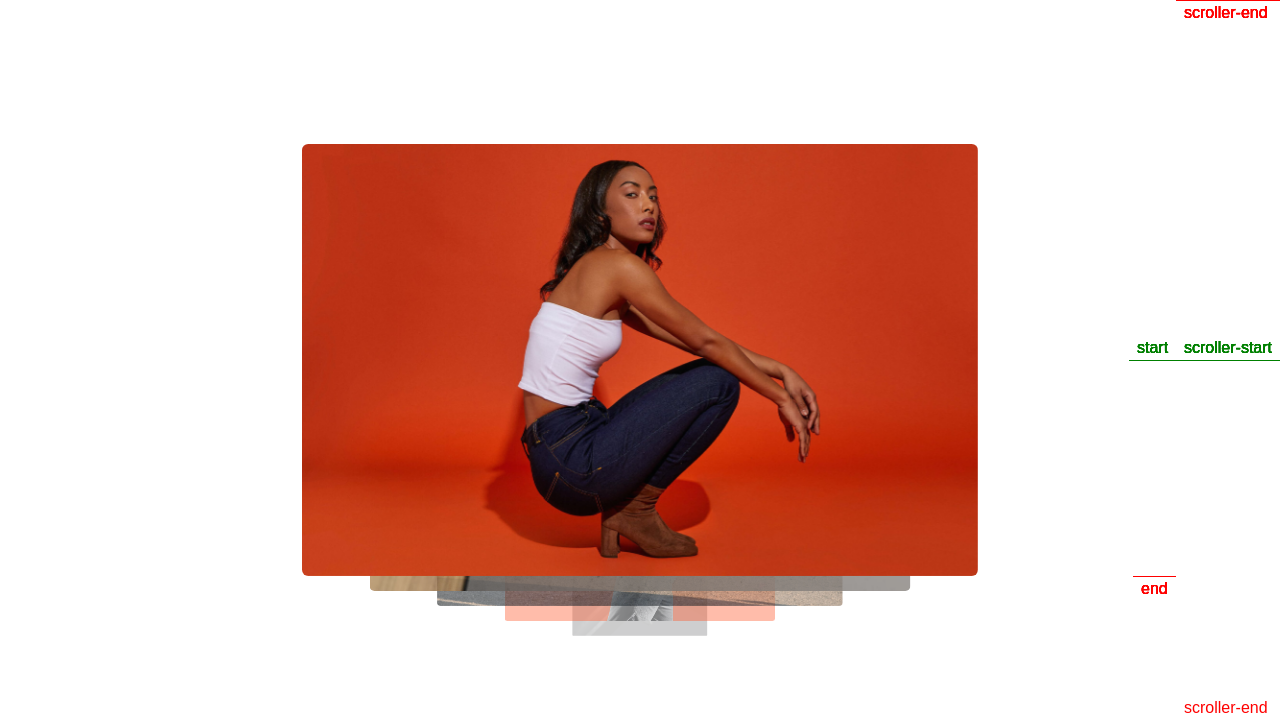
Repository: lwygold/motion
Page: layout/이미지 위로 계속 올라가는레이아웃.html
These files come from the project's save history. The page is drawn as it stood at one moment and after the next save; the edit follows.
The browser window is 1280 px wide. The pictures show the window.
Pictures or frames that could not be fetched are drawn as grey boxes. A layer covers the whole window, so only the first screen is drawn.

Above is the page before, as saved 2023-02-20 17:22:49.

### layout/이미지 위로 계속 올라가는레이아웃.html
<!DOCTYPE html>
<html lang="ko">

<head>
    <meta http-equiv="Content-Type" content="text/html;charset=utf-8" />
    <meta name="viewport" content="width=device-width, user-scalable=no, target-densitydpi=medium-dpi" />
    <meta name="apple-mobile-web-app-capable" content="yes" />
    <meta name="format-detection" content="telephone=no" />
    <meta http-equiv="X-UA-Compatible" content="IE=edge" />
    <meta http-equiv="x-rim-auto-match" content="none" />
    <link rel="shortcut icon" href="./images/favicon.ico" />
    <link rel="stylesheet" type="text/css" href="../assets/css/slick.css" />
    <link rel="stylesheet" type="text/css" href="../assets/css/common.css" />
    <link rel="stylesheet" type="text/css" href="../assets/css/main.css" />
    <link rel="stylesheet" type="text/css" href="../assets/css/sub.css" />
    <title>테스트</title>
    <script src="../assets/js/jquery-3.3.1.min.js"></script>
    <script src="../assets/js/jquery-ui.min.js"></script>
    <script src="../assets/js/slick.min.js"></script>
    <script src="../assets/js/gsap.js"></script>
    <script src="../assets/js/gsap_scroll_trigger.js"></script>
    <script src="../assets/js/green.js"></script>
    <script src="../assets/js/common.js"></script>
    <script src="../assets/js/main.js"></script>
    <script src="../assets/js/sub.js"></script>
</head>

<style>
    section {
        width: 100vw;
        height: 100vh;
    }

    section ul {
        align-items: center;
        display: flex;
        height: 100%;
        justify-content: center;
        left: 0;
        position: fixed;
        top: 0;
        width: 100%;
        max-height: 100vh;
    }

    section ul li {
        border-radius: 0.4861111111vw;
        cursor: pointer;
        height: 60vh;
        overflow: hidden;
        position: absolute;
        -webkit-transform-origin: bottom;
        transform-origin: bottom;
        width: 52.7777777744vw;
        will-change: transform, opacity;
    }



    section ul li:nth-child(1) {
        z-index: 5;
    }

    section ul li:nth-child(2) {
        z-index: 4;
    }

    section ul li:nth-child(3) {
        z-index: 3;
    }

    section ul li:nth-child(4) {
        z-index: 2;
    }

    section ul li:nth-child(5) {
        z-index: 1;
    }


    section ul li div {
        height: 100%;
        -webkit-transform: none;
        transform: none;
        transition: -webkit-transform 1.2s cubic-bezier(.165, .84, .44, 1);
        transition: transform 1.2s cubic-bezier(.165, .84, .44, 1);
        transition: transform 1.2s cubic-bezier(.165, .84, .44, 1), -webkit-transform 1.2s cubic-bezier(.165, .84, .44, 1);
        width: 100%;
        will-change: transform;
    }

    section ul li div img {
        height: 100%;
        -o-object-fit: cover;
        object-fit: cover;
        -o-object-position: center;
        object-position: center;
        width: 100%;
        -webkit-transform: none;
        transform: none;
        -webkit-transform-origin: center;
        transform-origin: center;
        transition: -webkit-transform 1.6s cubic-bezier(.165, .84, .44, 1);
        transition: transform 1.6s cubic-bezier(.165, .84, .44, 1);
        transition: transform 1.6s cubic-bezier(.165, .84, .44, 1), -webkit-transform 1.6s cubic-bezier(.165, .84, .44, 1);
        width: 100%;
        will-change: transform;
    }

    section ul li div img:hover {
        -webkit-transform: scale(1.1);
        transform: scale(1.1);
    }
</style>

<body>

    <section class="s1">
        <ul>
            <li class="panel s1-1 panel_first">
                <div>
                    <img src="./images/1.jpg" alt="">
                </div>
            </li>
            <li class="panel s1-2">
                <div>
                    <img src="./images/2.jpg" alt="">
                </div>
            </li>
            <li class="panel s1-3">
                <div>
                    <img src="./images/3.jpg" alt="">
                </div>
            </li>
            <li class="panel s1-4">
                <div>
                    <img src="./images/4.jpg" alt="">
                </div>
            </li>
            <li class="panel s1-5">
                <div>
                    <img src="./images/5.jpg" alt="">
                </div>
            </li>
            <li class="panel s1-6">
                <div>
                    <img src="./images/6.jpg" alt="">
                </div>
            </li>
            <li class="panel s1-7">
                <div>
                    <img src="./images/6.jpg" alt="">
                </div>
            </li>
        </ul>
    </section>


    <script>
        const $ul = $('ul');
        const $li = $('ul li');
        const li_cnt = $('ul li').length;

        $li.each((i, e) => {
            $(e).css("transform", "translateY(" + i * 15 + "px) scale(" + (1 - (0.1 * (i * (2)))) + ")");
            $(e).css("opacity", 1 - (0.1 * (i * (2))));
            $(e).attr("filter", "grayscale(" + i * 33 + "%);");
        });



        $(function () {

            gsap.registerPlugin(ScrollTrigger);

            let panels = gsap.utils.toArray(".panel");

            let tl1 = gsap.timeline({
                scrollTrigger: {
                    trigger: $ul,
                    start: "center center",
                    end: () => innerHeight * 3,
                    pin: true,
                    scrub: true,
                    markers: true,
                }
            });

            let tl2 = gsap.timeline({
                scrollTrigger: {
                    trigger: '.panel_first',
                    start: "center center",
                    end: "bottom top",
                    scrub: true,
                    markers: true,
                }
            });

            let tl3 = gsap.timeline({
                scrollTrigger: {
                    trigger: '.panel_first',
                    start: "center center",
                    end: "bottom top",
                    scrub: true,
                    markers: true,
                }
            });

            let tl4 = gsap.timeline({
                scrollTrigger: {
                    trigger: '.panel_first',
                    start: "center center",
                    end: "bottom top",
                    scrub: true,
                    markers: true,
                }
            });

            let tl5 = gsap.timeline({
                scrollTrigger: {
                    trigger: '.panel_first',
                    start: "center center",
                    end: "bottom top",
                    scrub: true,
                    markers: true,
                }
            });

            let tl6 = gsap.timeline({
                scrollTrigger: {
                    trigger: '.panel_first',
                    start: "center center",
                    end: "bottom top",
                    scrub: true,
                    markers: true,
                }
            });

            panels.forEach((panel, i) => {
                console.log(panel);

                tl1.to(panel, {
                    yPercent: -150,
                });

                tl2.to('section ul li:nth-child(2)', {
                    y:0,
                    opacity:1,
                    scale: 1,
                });

                tl3.to('section ul li:nth-child(3)', {
                    y: 15+"px",
                    opacity:0.8,
                    scale: 0.8,
                });

                tl4.to('section ul li:nth-child(4)', {
                    y: 30+"px",
                    opacity:0.6,
                    scale: 0.6,
                });

                tl5.to('section ul li:nth-child(5)', {
                    y: 45+"px",
                    opacity:0.4,
                    scale: 0.4,
                });

                tl6.to('section ul li:nth-child(6)', {
                    y: 60+"px",
                    opacity:0.2,
                    scale: 0.2,
                });


            });
















        });

    </script>
</body>

</html>

### assets/css/common.css
@charset "utf-8";

@font-face {
  font-family: "NotoSansKR";
  font-style: normal;
  font-weight: 100;
  src: url(fonts/NotoSansKR-ExtraLight.woff) format("woff");
}

@font-face {
  font-family: "NotoSansKR";
  font-style: normal;
  font-weight: 200;
  src: url(fonts/NotoSansKR-Light.woff) format("woff");
}

@font-face {
  font-family: "NotoSansKR";
  font-style: normal;
  font-weight: 300;
  src: url(fonts/NotoSansKR-DemiLight.woff) format("woff");
}

@font-face {
  font-family: "NotoSansKR";
  font-style: normal;
  font-weight: 400;
  src: url(fonts/NotoSansKR-Regular.woff) format("woff");
}

@font-face {
  font-family: "NotoSansKR";
  font-style: normal;
  font-weight: 500;
  src: url(fonts/NotoSansKR-Medium.woff) format("woff");
}

@font-face {
  font-family: "NotoSansKR";
  font-style: normal;
  font-weight: 600;
  src: url(fonts/NotoSansKR-Bold.woff) format("woff");
}

@font-face {
  font-family: "NotoSansKR";
  font-style: normal;
  font-weight: 700;
  src: url(fonts/NotoSansKR-Bold-Hestia.woff) format("woff");
}

@font-face {
  font-family: "NotoSansKR";
  font-style: normal;
  font-weight: 800;
  src: url(fonts/NotoSansKR-Black-Hestia.woff) format("woff");
}

@font-face {
  font-family: "Montserrat";
  font-style: normal;
  font-weight: 100;
  src: url(fonts/Montserrat-ExtraLight.woff) format("woff");
}

@font-face {
  font-family: "Montserrat";
  font-style: normal;
  font-weight: 200;
  src: url(fonts/Montserrat-Light.woff) format("woff");
}

@font-face {
  font-family: "Montserrat";
  font-style: normal;
  font-weight: 300;
  src: url(fonts/Montserrat-Regular.woff) format("woff");
}

@font-face {
  font-family: "Montserrat";
  font-style: normal;
  font-weight: 400;
  src: url(fonts/Montserrat-Regular.woff) format("woff");
}

@font-face {
  font-family: "Montserrat";
  font-style: normal;
  font-weight: 500;
  src: url(fonts/Montserrat-Medium.woff) format("woff");
}

@font-face {
  font-family: "Montserrat";
  font-style: normal;
  font-weight: 600;
  src: url(fonts/Montserrat-Bold.woff) format("woff");
}

@font-face {
  font-family: "Montserrat";
  font-style: normal;
  font-weight: 700;
  src: url(fonts/Montserrat-ExtraBold.woff) format("woff");
}

@font-face {
  font-family: "Montserrat";
  font-style: normal;
  font-weight: 800;
  src: url(fonts/Montserrat-ExtraBlack.woff) format("woff");
}

@font-face {
  font-family: "Saira";
  font-style: normal;
  font-weight: 100;
  src: url(fonts/Saira-ExtraLight.woff) format("woff");
}

@font-face {
  font-family: "Saira";
  font-style: normal;
  font-weight: 200;
  src: url(fonts/Saira-Light.woff) format("woff");
}

@font-face {
  font-family: "Saira";
  font-style: normal;
  font-weight: 300;
  src: url(fonts/Saira-Regular.woff) format("woff");
}

@font-face {
  font-family: "Saira";
  font-style: normal;
  font-weight: 400;
  src: url(fonts/Saira-Regular.woff) format("woff");
}

@font-face {
  font-family: "Saira";
  font-style: normal;
  font-weight: 500;
  src: url(fonts/Saira-Medium.woff) format("woff");
}

@font-face {
  font-family: "Saira";
  font-style: normal;
  font-weight: 600;
  src: url(fonts/Saira-Bold.woff) format("woff");
}

@font-face {
  font-family: "Saira";
  font-style: normal;
  font-weight: 700;
  src: url(fonts/Saira-ExtraBold.woff) format("woff");
}

@font-face {
  font-family: "Saira";
  font-style: normal;
  font-weight: 800;
  src: url(fonts/Saira-Black.woff) format("woff");
}

@font-face {
  font-family: "NanumSquare";
  font-style: normal;
  font-weight: 200;
  src: url(fonts/NanumSquareL.woff) format("woff");
}

@font-face {
  font-family: "NanumSquare";
  font-style: normal;
  font-weight: 400;
  src: url(fonts/NanumSquareR.woff) format("woff");
}

@font-face {
  font-family: "NanumSquare";
  font-style: normal;
  font-weight: 600;
  src: url(fonts/NanumSquareB.woff) format("woff");
}

@font-face {
  font-family: "NanumSquare";
  font-style: normal;
  font-weight: 700;
  src: url(fonts/NanumSquareEB.woff) format("woff");
}

@font-face {
  font-family: "play";
  font-style: normal;
  font-weight: 400;
  src: url(fonts/Play-Regular.woff) format("woff");
}

@font-face {
  font-family: "play";
  font-style: normal;
  font-weight: 600;
  src: url(fonts/Play-Bold.woff) format("woff");
}

@font-face {
  font-family: "Lovelace";
  font-style: normal;
  font-weight: 100;
  src: url(fonts/Lovelace-ExtraLight.woff) format("woff");
}

@font-face {
  font-family: "Lovelace";
  font-style: normal;
  font-weight: 200;
  src: url(fonts/Lovelace-Light.woff) format("woff");
}

@font-face {
  font-family: "Lovelace";
  font-style: normal;
  font-weight: 400;
  src: url(fonts/Lovelace-Regular.woff) format("woff");
}

@font-face {
  font-family: "Lovelace";
  font-style: normal;
  font-weight: 500;
  src: url(fonts/Lovelace-Medium.woff) format("woff");
}

@font-face {
  font-family: "Lovelace";
  font-style: normal;
  font-weight: 600;
  src: url(fonts/Lovelace-Bold.woff) format("woff");
}

@font-face {
  font-family: "Lovelace";
  font-style: normal;
  font-weight: 700;
  src: url(fonts/Lovelace-ExtraBold.woff) format("woff");
}

* {
  font-family: "NotoSansKR";
  box-sizing: border-box;
}

/* 여백 초기화 */
html,
body,
div,
span,
object,
iframe,
h1,
h2,
h3,
h4,
h5,
h6,
p,
blockquote,
pre,
abbr,
address,
cite,
code,
del,
dfn,
em,
img,
ins,
kbd,
q,
samp,
small,
strong,
sub,
sup,
var,
b,
i,
dl,
dt,
dd,
ol,
ul,
li,
fieldset,
form,
label,
legend,
table,
caption,
tbody,
tfoot,
thead,
tr,
th,
td,
article,
aside,
canvas,
details,
figcaption,
figure,
footer,
header,
hgroup,
menu,
nav,
section,
summary,
time,
mark,
audio,
video {
  margin: 0;
  padding: 0;
  border: 0;
  outline: 0;
  font-size: 100%;
  vertical-align: baseline;
  background: transparent;
}

* {
  -webkit-text-size-adjust: none;
  -moz-text-size-adjust: none;
  -ms-text-size-adjust: none;
}

html,
body {
  position: relative;
  margin: 0 auto;
  height: 100%;
  width: 100%;
}

body {
  line-height: 1;
}

article,
aside,
details,
figcaption,
figure,
footer,
header,
hgroup,
menu,
nav,
section {
  display: block;
}

ul,
li {
  list-style: none;
}

blockquote,
q {
  quotes: none;
}

blockquote:before,
blockquote:after,
q:before,
q:after {
  content: "";
  content: none;
}

a {
  margin: 0;
  padding: 0;
  color: #000;
  font-size: 100%;
  text-decoration: none;
  vertical-align: baseline;
  background: transparent;
}

del {
  text-decoration: line-through;
}

abbr[title],
dfn[title] {
  border-bottom: 1px dotted;
  cursor: help;
}

table {
  border-collapse: collapse;
  border-spacing: 0;
}

/* change border colour to suit your needs */

hr {
  display: block;
  height: 1px;
  border: 0;
  border-top: 1px solid #cccccc;
  margin: 1em 0;
  padding: 0;
}

input,
select {
  vertical-align: middle;
}

/*-------------------------------------------------------------------
    @input style
-------------------------------------------------------------------*/

button {
  -webkit-appearance: none;
  appearance: none;
  -webkit-border-radius: 0;
  border-radius: 0;
}

input[type="button"],
input[type="reset"],
input[type="text"],
input[type="password"],
input[type="submit"],
input[type="search"],
input[type="tel"],
input[type="email"] {
  -webkit-appearance: none;
  appearance: none;
  -webkit-border-radius: 0;
  border-radius: 0;
  font-size: 16px;
}

/*-------------------------------------------------------------------
    @select
-------------------------------------------------------------------*/
select {
  font-family: "Noto Sans KR";
  font-size: 19px;
  -webkit-appearance: none;
  -moz-appearance: none;
  appearance: none;
  background-image: url(../images/sl_btn.png);
  background-repeat: no-repeat;
  background-position: 93% 50%;
  background-size: 15px;
  background-color: #fff;
  border: none;
  width: 100%;
}

/*-------------------------------------------------------------------
    @select IE10,11의 네이티브 화살표 숨기기
-------------------------------------------------------------------*/
select::-ms-expand {
  display: none;
}

/*-------------------------------------------------------------------
    @clearfix
-------------------------------------------------------------------*/
.clearfix {
  *zoom: 1;
}

.clearfix:before,
.clearfix:after {
  display: block;
  content: "";
  line-height: 0;
}

.clearfix:after {
  clear: both;
}

.fl {
  float: left;
}

.fr {
  float: right;
}

/*-------------------------------------------------------------------
    @공통서브
-------------------------------------------------------------------*/

section {
  box-sizing: border-box;
  overflow: hidden;
  position: relative;
  width: 100%;
  max-width: 1920px;
  margin: 0 auto;
}

.inner {
  width: 100%;
  max-width: 1280px;
  padding: 0px 40px;
  box-sizing: border-box;
}

/* 가로 양옆으로  */
.flex__lrc,
.flex__lrc2 {
  display: flex;
  flex-direction: row;
  flex-wrap: wrap;
  justify-content: space-between;
  align-items: center;
}

.flex__lrt,
.flex__lrt2 {
  display: flex;
  flex-direction: row;
  flex-wrap: wrap;
  justify-content: space-between;
  align-items: flex-start;
}

.flex__lrb,
.flex__lrb2 {
  display: flex;
  flex-direction: row;
  flex-wrap: wrap;
  justify-content: space-between;
  align-items: flex-end;
}

/* 가로 가운데 새로 가운데 */
.flex__cc,
.flex__cc1,
.flex__cc2 {
  display: flex;
  flex-direction: row;
  flex-wrap: wrap;
  justify-content: center;
  align-items: center;
}

.flex__lrc2 > div,
.flex__lrt2 > div,
.flex__lrb2 > div,
.flex__cc2 > div {
    width: 50%;
}

.h100 {
    height: 100%;
}

.w100 {
    width: 100%;
}

.row2,
.row3,
.row4,
.row5 {
    display: flex;
    flex-direction: row;
    flex-wrap: wrap;
}

.row2 > .col {
    width: 50%;
}

.row3 > .col {
    width: 33.33%;
}

.row4 > .col {
    width: 25%;
}

.row5 > .col {
    width: 20%;
}


@media only screen and (max-width: 640px) {
}

### assets/css/main.css
body {
 font-size:0;
}


section.section4 {
 height: 400vh;
}

.header-section {
 padding: 0 15px;
 text-align: center;
 margin: 0;
 height: 100vh;
 color: #000;
 font-size: 35px;
 display: flex;
 align-items: center;
 justify-content: center;
}

.nav {
 display: flex;
 position: fixed;
 right:100px;
 top:50%;
 transform: translateY(-50%);
 z-index: 11;
}

.nav > div {
 position: relative;
 width: 2px;
 height: 55px;
 background: transparent;
 z-index: 1;
}

.nav > div:after {
 content:'';
 position: absolute;
 left:0;
 top:0;
 width:3px;
 height: 55px;
 background: rgba(255,255,255, 0.3);
 z-index: 2;
}

.nav div > div {
 position: absolute;
 left:0;
 top:0;
 width:2px;
 height:0;
 background: #fff;
}


.gridBlock {
 opacity: 0;
}


/* Grid almost fully pulled from https://www.rino-pelle.com/ */
.grid-container {
 width: 100vw;
 height: 400vh;
 position: relative;
}
.grid {
 top: 0;
 left: 0;
 z-index: 1;
 width: 70vw;
 height: 60vw;
 margin: 0 calc(100vw / 20 * 3);
 position: absolute;

}
@media only screen and (max-width: 580px) {
 .grid {
 margin: 0;
 width: 100vw;
 height: 89.444vw;
}
}
.gridBlock {
 background-size: cover;
 background-color: darkgray;
}
.gridLayer {
 top: 0;
 left: 0;
 width: 100%;
 height: 100%;
 position: absolute;
 will-change: transform;
 transform-origin: 44.951% 50%;
}
.gridLayer:nth-child(1) .gridBlock {
 top: 5vw;
 left: 20vw;
 width: 10vw;
 height: 10vw;
}
@media only screen and (max-width: 580px) {
 .gridLayer:nth-child(1) .gridBlock {
 top: 11.111vw;
 left: 23.889vw;
 width: 15vw;
 height: 15vw;
}
}
.gridLayer:nth-child(2) .gridBlock {
 top: 0;
 left: 32.5vw;
 width: 15vw;
 height: 15vw;
}
@media only screen and (max-width: 580px) {
 .gridLayer:nth-child(2) .gridBlock {
 top: 0;
 left: 43.333vw;
 width: 26.389vw;
 height: 26.389vw;
}
}
.gridLayer:nth-child(3) .gridBlock {
 left: 0;
 top: 25vw;
 width: 15vw;
 height: 15vw;
}
@media only screen and (max-width: 580px) {
 .gridLayer:nth-child(3) .gridBlock {
 top: 30.278vw;
 left: 0;
 width: 26.389vw;
 height: 26.389vw;
}
}
.gridLayer:nth-child(4) .gridBlock {
 top: 17.5vw;
 left: 17.5vw;
 width: 30vw;
 height: 30vw;
}
@media only screen and (max-width: 580px) {
 .gridLayer:nth-child(4) .gridBlock {
 top: 30.278vw;
 left: 30.278vw;
 width: 39.444vw;
 height: 39.444vw;
}
}
.gridLayer:nth-child(5) {
 z-index: 1;
}
.gridLayer:nth-child(5) .gridBlock {
 top: 20vw;
 left: 50vw;
 width: 5vw;
 height: 5vw;
}
@media only screen and (max-width: 580px) {
 .gridLayer:nth-child(5) .gridBlock {
 top: 23.889vw;
 left: 73.889vw;
 width: 15.278vw;
 height: 15.278vw;
}
}
.gridLayer:nth-child(5) a {
 height: 100%;
 display: flex;
 align-items: center;
 justify-content: center;
}
.gridLayer:nth-child(5) svg {
 width: 1.75vw;
}
@media only screen and (max-width: 580px) {
 .gridLayer:nth-child(5) svg {
 width: 4.722vw;
}
}
.gridLayer:nth-child(6) .gridBlock {
 left: 50vw;
 top: 27.5vw;
 width: 20vw;
 height: 20vw;
}
@media only screen and (max-width: 580px) {
 .gridLayer:nth-child(6) .gridBlock {
 top: 43.889vw;
 left: 73.889vw;
 width: 26.389vw;
 height: 26.389vw;
}
}
.gridLayer:nth-child(7) .gridBlock {
 left: 10vw;
 top: 42.5vw;
 width: 5vw;
 height: 5vw;
}
@media only screen and (max-width: 580px) {
 .gridLayer:nth-child(7) .gridBlock {
 display: none;
}
}
.gridLayer:nth-child(8) .gridBlock {
 bottom: 5vw;
 left: 42.5vw;
 width: 5vw;
 height: 5vw;
}
@media only screen and (max-width: 580px) {
 .gridLayer:nth-child(8) .gridBlock {
 display: none;
}
}
.gridLayer:nth-child(9) .gridBlock {
 bottom: 0;
 left: 50vw;
 width: 10vw;
 height: 10vw;
}
@media only screen and (max-width: 580px) {
 .gridLayer:nth-child(9) .gridBlock {
 top: 73.889vw;
 left: 58.889vw;
 width: 15.278vw;
 height: 15.278vw;
}
}
.gridBlock {
 display: block;
 position: absolute;
}



@media only screen and (max-width: 640px) {

}

### assets/css/sub.css

@media only screen and (max-width: 640px) {

}

### assets/js/common.js
var clickType = "click";
if ("ontouchstart" in document.documentElement) {
    clickType = "touchstart";
}
$(function () {

})

### assets/js/main.js
$(function () {



});

### assets/js/sub.js
$(function () {

})

Loaded but not shown: assets/css/slick.css (common file); assets/js/jquery-3.3.1.min.js (library); assets/js/jquery-ui.min.js (library); assets/js/slick.min.js (library); assets/js/gsap.js (library); assets/js/gsap_scroll_trigger.js (library); assets/js/green.js (187 lines, source omitted)

After the next save:
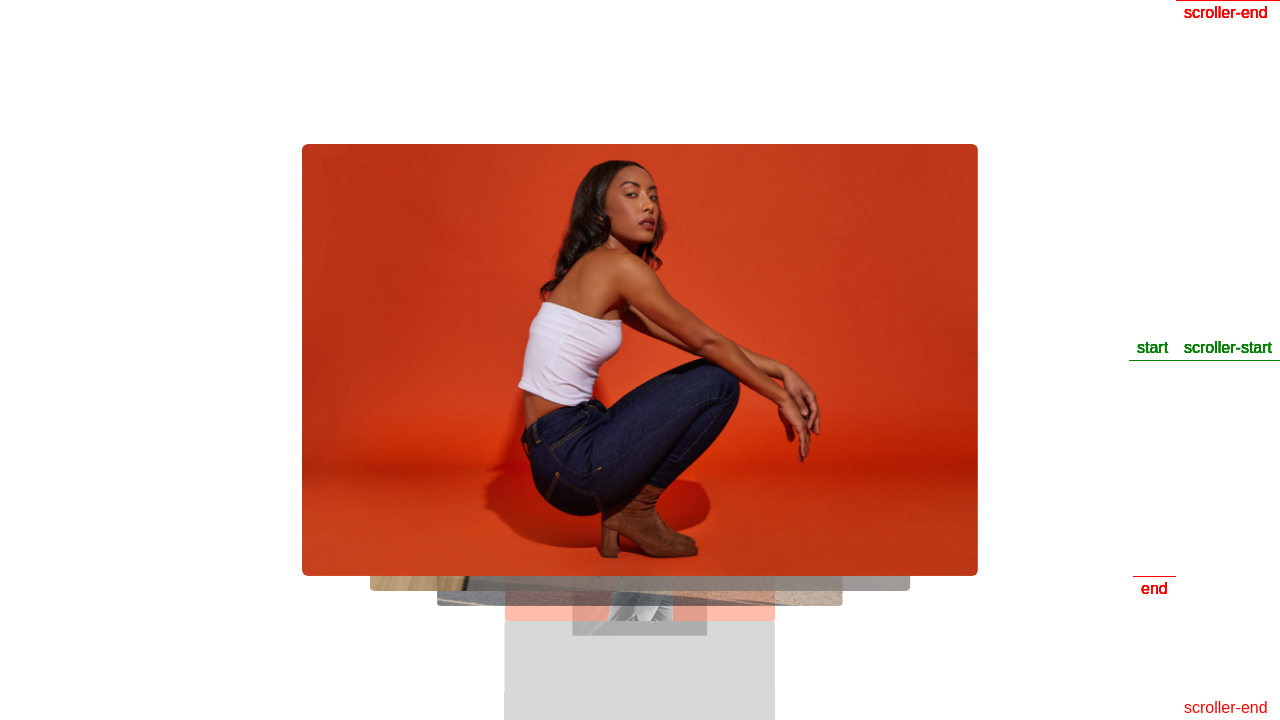
Saved 55 s later.
--- a/layout/이미지 위로 계속 올라가는레이아웃.html
+++ b/layout/이미지 위로 계속 올라가는레이아웃.html
@@ -243,25 +243,25 @@
                     yPercent: -150,
                 });
 
-                tl2.to('section ul li:nth-child(2)', {
+                tl2.to('section ul li:nth-child('+(i+1)+')', {
                     y:0,
                     opacity:1,
                     scale: 1,
                 });
 
-                tl3.to('section ul li:nth-child(3)', {
+                tl3.to('section ul li:nth-child('+(i+2)+')', {
                     y: 15+"px",
                     opacity:0.8,
                     scale: 0.8,
                 });
 
-                tl4.to('section ul li:nth-child(4)', {
+                tl4.to('section ul li:nth-child('+(i+3)+')', {
                     y: 30+"px",
                     opacity:0.6,
                     scale: 0.6,
                 });
 
-                tl5.to('section ul li:nth-child(5)', {
+                tl5.to('section ul li:nth-child('+(i+3)+')', {
                     y: 45+"px",
                     opacity:0.4,
                     scale: 0.4,
